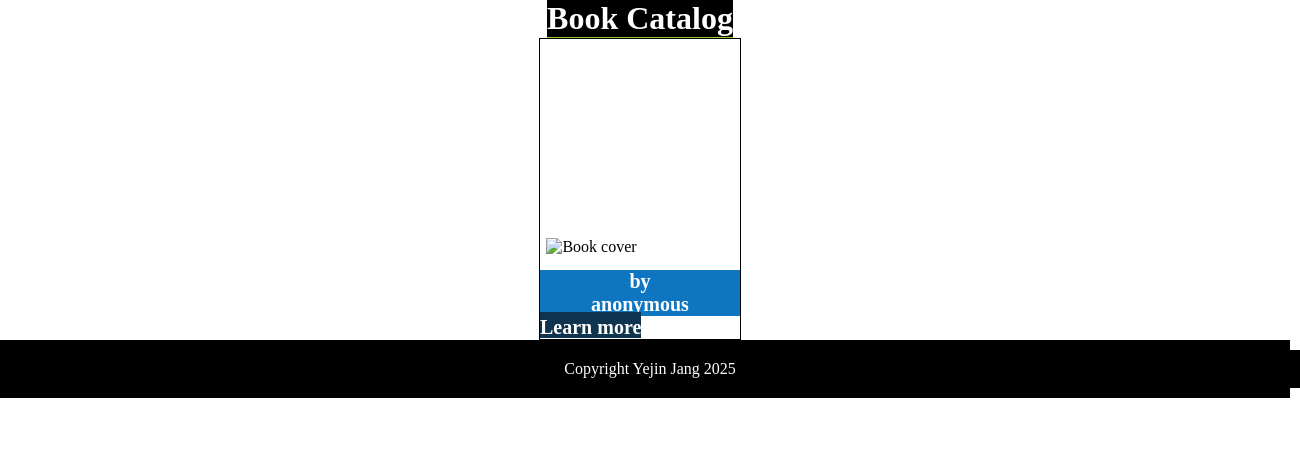
Repository: Yejin-Digital/Lab3-Assignment-BookCatalog
Page: /
An editor plug-in stored every save of this project. The page is shown before and after the next save, followed by the edit.
The browser window is 1280 px wide. The page is 1300 px wide, so the pictures cover 1300 px, including what lies to the right of the window. The pictures show the whole page.
The project was rebuilt for these pictures with package versions that can differ from the ones it lists, and the page was loaded fresh each time. Also part of the build but not shown: vite.config.js.

Above is the page before, as saved 2025-09-13 04:14:44.

### index.html
<!DOCTYPE html>
<html lang="en">
  <head>
    <meta charset="UTF-8" />
    <link rel="icon" type="image/svg+xml" href="/vite.svg" />
    <meta name="viewport" content="width=device-width, initial-scale=1.0" />
    <title>Vite + React</title>
  </head>
  <body>
    <div class="app-header"><h1>Book Catalog</h1></div>
    <div id="root"></div>
    <footer class="footer-content">
      <div class="footer-content">Copyright Yejin Jang 2025</div>
    </footer>
    <script type="module" src="/src/main.jsx"></script>
  </body>
</html>

### src/index.css
html {
  font-family: 'Times New Roman', Times, serif;
}

body {
  display: flex;
  align-items: center;
  flex-direction: column;
  margin: 0;
}

.footer-content {
  background-color: black;
  color: white;
  padding: 10px;
  text-align: center;
  width: 100%;
}

h1 {
  background-color: black;
  color: white;
  text-align: center;
  width: 100%;
  margin: 0;
}

.app-header {
  background-color: black;
  border-bottom: 1px solid yellowgreen;
}

### src/App.jsx
import BookListCard from './BookListCard';

function App() {
  return (
    <div>
      <BookListCard author="anonymous" image={'/images/9781484212615.png'} />
    </div>
  );
}

export default App;

### src/BookListCard.jsx
import './BookListCard.css';

function BookListCard(props, image) {
  return (
    <div className="bookCard">
      <div className="bookImage">
        <img src={image} alt="Book cover" />
      </div>
      <div className="bookInfo">
        <p className="bookAuthor">by</p>
        <p className="bookAuthor">{props.author}</p>
        <p className="bookAuthor"></p>
        <a>Learn more</a>
      </div>
    </div>
  );
}

export default BookListCard;

### src/BookListCard.css
.bookCard {
  flex-direction: column;
  border: solid 1px black;
  width: 200px;
  height: 300px;

  display: flex;
  justify-content: flex-end;
}

.bookImage {
  padding: 6.4px;
}
.bookCard img {
  width: 100%;
  height: auto;
  max-height: 200px;
  object-fit: cover;
  margin-bottom: 8px;
}

.bookAuthor {
  font-size: 20px;
  font-weight: bold;
  color: white;
  background-color: rgb(14, 118, 192);
  text-align: center;
  margin: 0;
}

a {
  width: 100%;
  font-size: 20px;
  font-weight: bold;
  color: white;
  background-color: rgb(15, 52, 79);
  text-align: center;
  margin: 0;
  padding: 4px 0 0;
}

Loaded but not shown: src/main.jsx (common file)

After the next save:
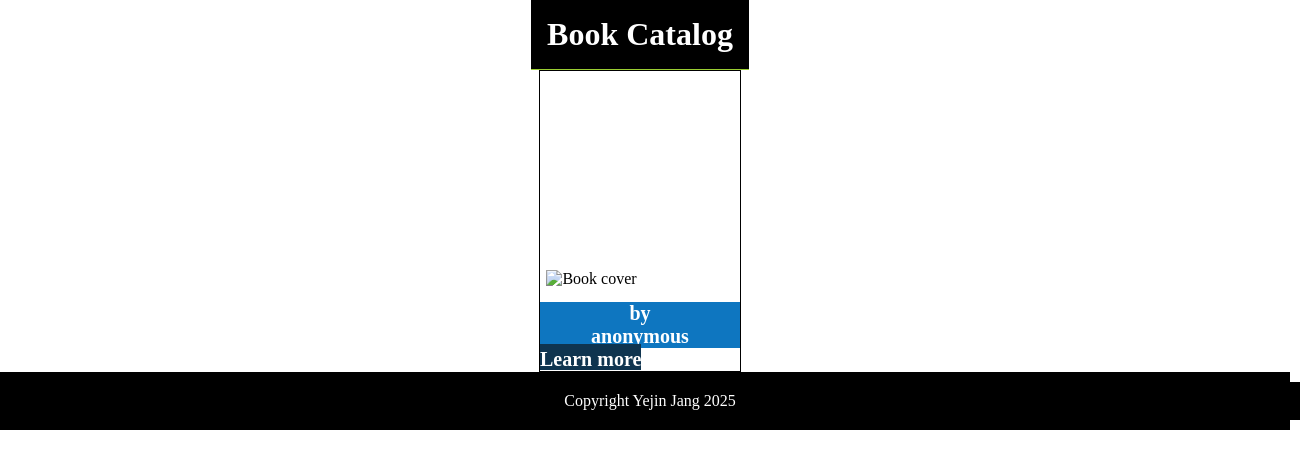
Saved 15 s later.
--- a/src/index.css
+++ b/src/index.css
@@ -28,4 +28,5 @@ h1 {
 .app-header {
   background-color: black;
   border-bottom: 1px solid yellowgreen;
+  padding: 16px;
 }
